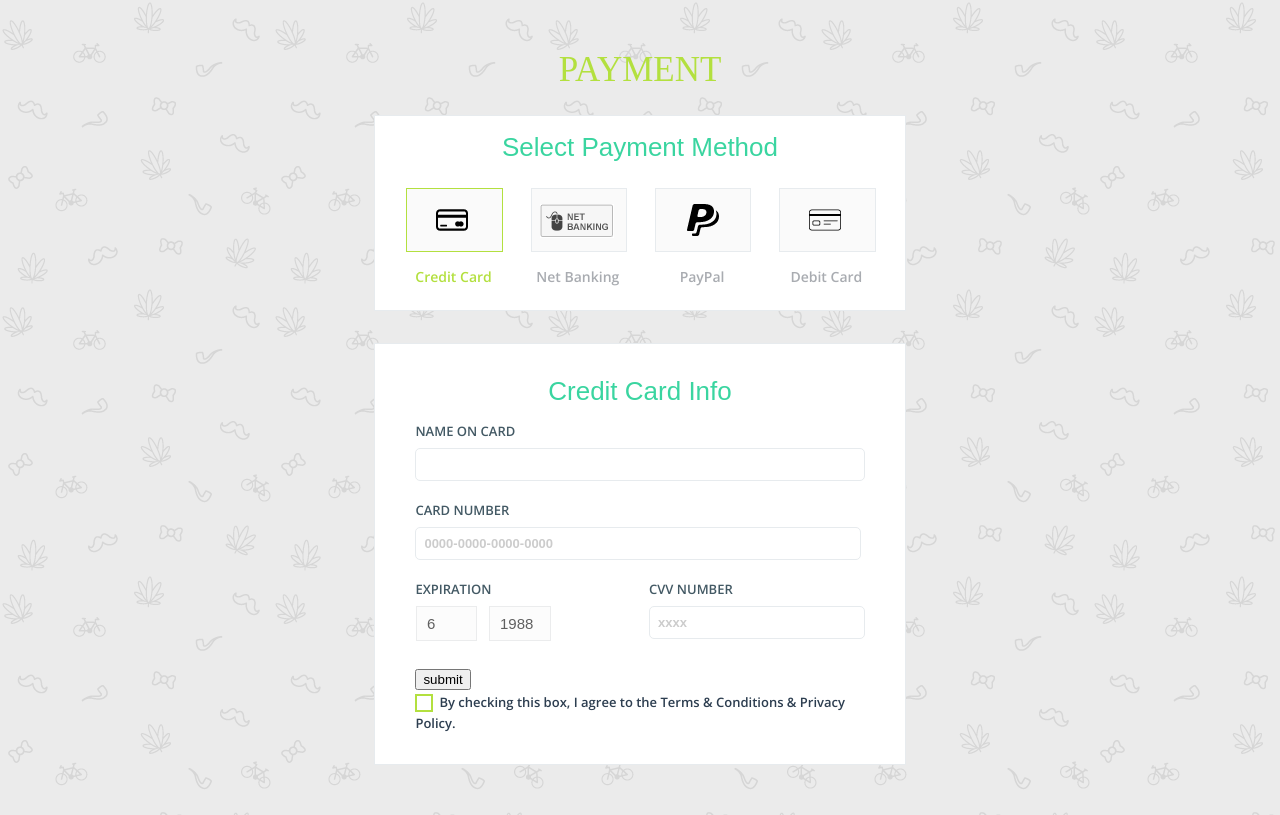
Repository: abinbabu/project-1-final
Page: http://localhost/shoppingcartfront/WEB-INF/views/lastpage.jsp
An editor plug-in stored every save of this project. The page is shown before and after the next save, followed by the edit.
The browser window is 1280 px wide. The pictures show the whole page.
Some web fonts or font styles are not loaded; a fallback is used. The page is served by Tomcat 9. Nobody is signed in. Other server files are loaded and not shown. The template is opened directly, without the code that normally fills it, so the values that code supplies are empty.

Above is the page before, as saved 2016-08-21 09:46:55.

### final complete/shoppingcartfront/src/main/webapp/WEB-INF/views/lastpage.jsp
<%@ page language="java" contentType="text/html; charset=ISO-8859-1"
    pageEncoding="ISO-8859-1"%>
    <%@ taglib prefix="spring" uri="http://www.springframework.org/tags"%>
<%@ taglib uri="http://java.sun.com/jsp/jstl/core" prefix="c"%>
<!DOCTYPE html PUBLIC "-//W3C//DTD HTML 4.01 Transitional//EN" "http://www.w3.org/TR/html4/loose.dtd">
<html>
<head>
<meta http-equiv="Content-Type" content="text/html; charset=ISO-8859-1">
<link href="<c:url value="/resources/css/style.css" />"
	rel="stylesheet">
	<link href='//fonts.googleapis.com/css?family=Fugaz+One' rel='stylesheet' type='text/css'>
<link href='//fonts.googleapis.com/css?family=Alegreya+Sans:400,100,100italic,300,300italic,400italic,500,500italic,700,700italic,800,800italic,900,900italic' rel='stylesheet' type='text/css'>
<link href='//fonts.googleapis.com/css?family=Open+Sans:400,300,300italic,400italic,600,600italic,700,700italic,800,800italic' rel='stylesheet' type='text/css'>
<script src="<c:url value="/resources/js/jquery.min.js" />"></script>


<title>payment</title>
</head>
<body>
<div class="main">
		<h1>Payment</h1>
		<div class="content">

			<script src="<c:url value="/resources/js/easyResponsiveTabs.js" />" type="text/javascript"></script>
					<script type="text/javascript">
						$(document).ready(function () {
							$('#horizontalTab').easyResponsiveTabs({
								type: 'default', //Types: default, vertical, accordion
								width: 'auto', //auto or any width like 600px
								fit: true   // 100% fit in a container
							});
						});

					</script>
						<div class="sap_tabs">
							<div id="horizontalTab" style="display: block; width: 100%; margin: 0px;">
								<div class="pay-tabs">
									<h2>Select Payment Method</h2>
									  <ul class="resp-tabs-list">
										  <li class="resp-tab-item" aria-controls="tab_item-0" role="tab"><span><label class="pic1"></label>Credit Card</span></li>
										  <li class="resp-tab-item" aria-controls="tab_item-1" role="tab"><span><label class="pic3"></label>Net Banking</span></li>
										  <li class="resp-tab-item" aria-controls="tab_item-2" role="tab"><span><label class="pic4"></label>PayPal</span></li>
										  <li class="resp-tab-item" aria-controls="tab_item-3" role="tab"><span><label class="pic2"></label>Debit Card</span></li>
										  <div class="clear"></div>
									  </ul>
								</div>
								<div class="resp-tabs-container">
									<div class="tab-1 resp-tab-content" aria-labelledby="tab_item-0">
										<div class="payment-info">

											<h3 class="pay-title">Credit Card Info</h3>
											<form>
												<div class="tab-for">
													<h5>NAME ON CARD</h5>
														<input type="text" value="">
													<h5>CARD NUMBER</h5>
														<input class="pay-logo" type="text" value="0000-0000-0000-0000" onfocus="this.value = '';" onblur="if (this.value == '') {this.value = '0000-0000-0000-0000';}" required="">
												</div>
												<div class="transaction">
													<div class="tab-form-left user-form">
														<h5>EXPIRATION</h5>
															<ul>
																<li>
																	<input type="number" class="text_box" type="text" value="6" min="1" />
																</li>
																<li>
																	<input type="number" class="text_box" type="text" value="1988" min="1" />
																</li>

															</ul>
													</div>
													<div class="tab-form-right user-form-rt">
														<h5>CVV NUMBER</h5>
														<input type="text" value="xxxx" onfocus="this.value = '';" onblur="if (this.value == '') {this.value = 'xxxx';}" required="">
													</div>
													<div class="clear"></div>
												</div>
												<div id="welcomeDiv"  style="display:none;" class="answer_list" > thanks for purchasing</div>
<input type="button" name="answer" value="submit" onclick="showDiv()" />
<script>
function showDiv() {
   document.getElementById('welcomeDiv').style.display = "block";
}</script>

											</form>
											<div class="single-bottom">
													<ul>
														<li>
															<input type="checkbox"  id="brand" value="">
															<label for="brand"><span></span>By checking this box, I agree to the Terms & Conditions & Privacy Policy.</label>
														</li>
													</ul>
											</div>
										</div>
									</div>
									<div class="tab-1 resp-tab-content" aria-labelledby="tab_item-1">
										<div class="payment-info">
											<h3>Net Banking</h3>
											<div class="radio-btns">
												<div class="swit">
													<div class="check_box"> <div class="radio"> <label><input type="radio" name="radio" checked=""><i></i>Andhra Bank</label> </div></div>
													<div class="check_box"> <div class="radio"> <label><input type="radio" name="radio"><i></i>Allahabad Bank</label> </div></div>
													<div class="check_box"> <div class="radio"> <label><input type="radio" name="radio"><i></i>Bank of Baroda</label> </div></div>
													<div class="check_box"> <div class="radio"> <label><input type="radio" name="radio"><i></i>Canara Bank</label> </div></div>
													<div class="check_box"> <div class="radio"> <label><input type="radio" name="radio"><i></i>IDBI Bank</label> </div></div>
													<div class="check_box"> <div class="radio"> <label><input type="radio" name="radio"><i></i>Icici Bank</label> </div></div>
													<div class="check_box"> <div class="radio"> <label><input type="radio" name="radio"><i></i>Indian Overseas Bank</label> </div></div>
													<div class="check_box"> <div class="radio"> <label><input type="radio" name="radio"><i></i>Punjab National Bank</label> </div></div>
													<div class="check_box"> <div class="radio"> <label><input type="radio" name="radio"><i></i>South Indian Bank</label> </div></div>
													<div class="check_box"> <div class="radio"> <label><input type="radio" name="radio"><i></i>State Bank Of India</label> </div></div>
												</div>
												<div class="swit">
													<div class="check_box"> <div class="radio"> <label><input type="radio" name="radio" checked=""><i></i>City Union Bank</label> </div></div>
													<div class="check_box"> <div class="radio"> <label><input type="radio" name="radio"><i></i>HDFC Bank</label> </div></div>
													<div class="check_box"> <div class="radio"> <label><input type="radio" name="radio"><i></i>IndusInd Bank</label> </div></div>
													<div class="check_box"> <div class="radio"> <label><input type="radio" name="radio"><i></i>Syndicate Bank</label> </div></div>
													<div class="check_box"> <div class="radio"> <label><input type="radio" name="radio"><i></i>Deutsche Bank</label> </div></div>
													<div class="check_box"> <div class="radio"> <label><input type="radio" name="radio"><i></i>Corporation Bank</label> </div></div>
													<div class="check_box"> <div class="radio"> <label><input type="radio" name="radio"><i></i>UCO Bank</label> </div></div>
													<div class="check_box"> <div class="radio"> <label><input type="radio" name="radio"><i></i>Indian Bank</label> </div></div>
													<div class="check_box"> <div class="radio"> <label><input type="radio" name="radio"><i></i>Federal Bank</label> </div></div>
													<div class="check_box"> <div class="radio"> <label><input type="radio" name="radio"><i></i>ING Vysya Bank</label> </div></div>
												</div>
												<div class="clear"></div>
											</div>
											<a href="#">purchase again</a>
										</div>
									</div>
									<div class="tab-1 resp-tab-content" aria-labelledby="tab_item-2">
										<div class="payment-info">
											<h3>PayPal</h3>
											<h4>Already Have A PayPal Account?</h4>
											<div class="login-tab">
												<div class="user-login">
													<h2>Login</h2>

													<form>
														<input type="text" value="name@email.com" onfocus="this.value = '';" onblur="if (this.value == '') {this.value = 'name@email.com';}" required="">
														<input type="password" value="PASSWORD" onfocus="this.value = '';" onblur="if (this.value == '') {this.value = 'PASSWORD';}" required="">
															<div class="user-grids">
																<div class="user-left">
																	<div class="single-bottom">
																			<ul>
																				<li>
																					<input type="checkbox"  id="brand1" value="">
																					<label for="brand1"><span></span>Remember me?</label>
																				</li>
																			</ul>
																	</div>
																</div>
																<div class="user-right">
																	<input type="submit" value="LOGIN">
																</div>
																<div class="clear"></div>
															</div>
													</form>
												</div>
											</div>
										</div>
									</div>
									<div class="tab-1 resp-tab-content" aria-labelledby="tab_item-3">
										<div class="payment-info">

											<h3 class="pay-title">Dedit Card Info</h3>
											<form>
												<div class="tab-for">
													<h5>NAME ON CARD</h5>
														<input type="text" value="">
													<h5>CARD NUMBER</h5>
														<input class="pay-logo" type="text" value="0000-0000-0000-0000" onfocus="this.value = '';" onblur="if (this.value == '') {this.value = '0000-0000-0000-0000';}" required="">
												</div>
												<div class="transaction">
													<div class="tab-form-left user-form">
														<h5>EXPIRATION</h5>
															<ul>
																<li>
																	<input type="number" class="text_box" type="text" value="6" min="1" />
																</li>
																<li>
																	<input type="number" class="text_box" type="text" value="1988" min="1" />
																</li>

															</ul>
													</div>
													<div class="tab-form-right user-form-rt">
														<h5>CVV NUMBER</h5>
														<input type="text" value="xxxx" onfocus="this.value = '';" onblur="if (this.value == '') {this.value = 'xxxx';}" required="">
													</div>
													<div class="clear"></div>
												</div>
												<input type="submit" value="SUBMIT">
											</form>
											<div class="single-bottom">
													<ul>
														<li>
															<input type="checkbox"  id="brand" value="">
															<label for="brand"><span></span>By checking this box, I agree to the Terms & Conditions & Privacy Policy.</label>
														</li>
													</ul>
											</div>
										</div>
									</div>
								</div>
							</div>
						</div>

		</div>
		</div>
</body>
</html>

Loaded but not shown: final complete/shoppingcartfront/src/main/webapp/resources/css/style.css (common file); final complete/shoppingcartfront/src/main/webapp/resources/js/jquery.min.js (library); final complete/shoppingcartfront/src/main/webapp/resources/js/easyResponsiveTabs.js (common file)

After the next save:
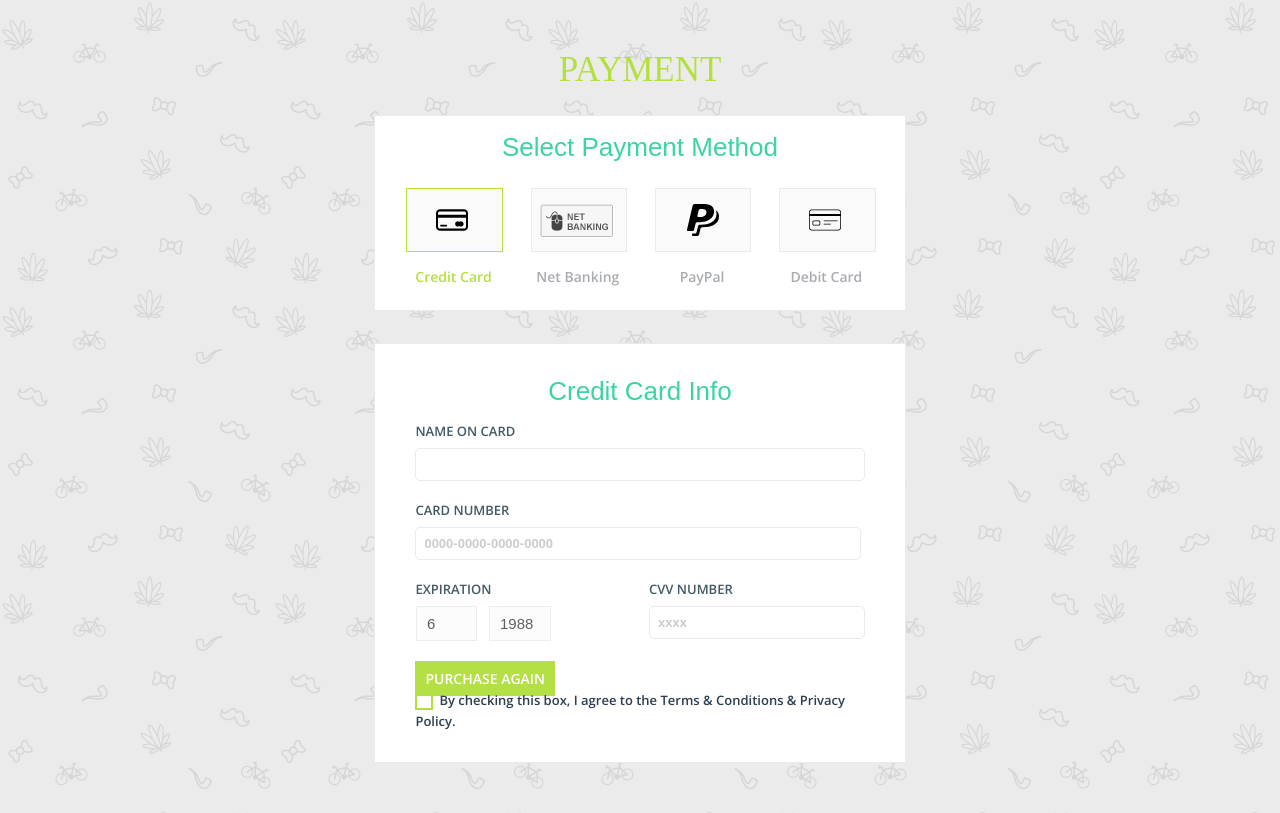
Saved 76 s later.
--- a/final complete/shoppingcartfront/src/main/webapp/WEB-INF/views/lastpage.jsp
+++ b/final complete/shoppingcartfront/src/main/webapp/WEB-INF/views/lastpage.jsp
@@ -75,12 +75,7 @@
 													</div>
 													<div class="clear"></div>
 												</div>
-												<div id="welcomeDiv"  style="display:none;" class="answer_list" > thanks for purchasing</div>
-<input type="button" name="answer" value="submit" onclick="showDiv()" />
-<script>
-function showDiv() {
-   document.getElementById('welcomeDiv').style.display = "block";
-}</script>
+												<a href="#">purchase again</a>
 
 											</form>
 											<div class="single-bottom">
